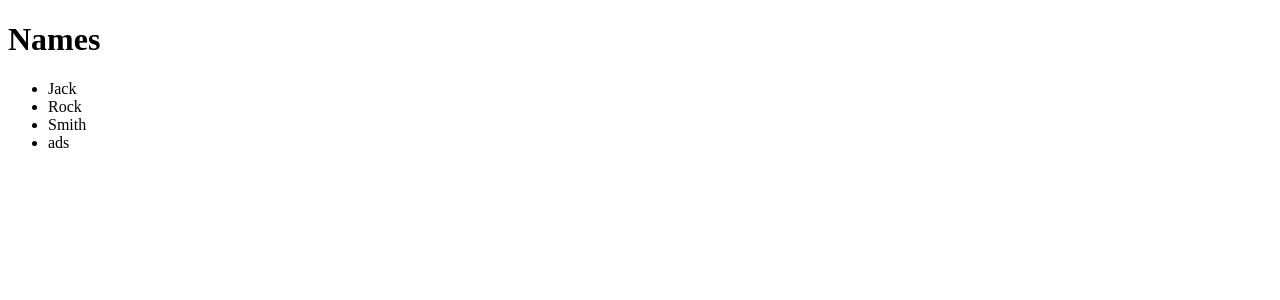
Repository: NithishKoriyar/phpprojectgh
Page: http://localhost/names.php
The author's editor kept a copy of each file at every save. The page is drawn from the files as they stood at one save, then again after a run of saves.
The browser window is 1280 px wide. The pictures show the whole page.
The page is run by PHP 8.4 with error messages shown; the project is at /var/www/html/.

Above is the page before, as saved 2022-12-14 12:33:51.

### names.php
<?php
$name = ['Jack', 'Rock','Smith', 'ads'];

?>
<!DOCTYPE html>
<html lang="en">

<head>
    <meta charset="UTF-8">
    <meta http-equiv="X-UA-Compatible" content="IE=edge">
    <meta name="viewport" content="width=device-width, initial-scale=1.0">
    <title>Document</title>
    <style>
        .some-names{
            background-color: red;
        }
        .more-names{
            background-color: green;
        }
    </style>
</head>

<body>
    <h1>Names</h1>
    <ul class="<?php

    ?>
    ">
        <?php foreach ($name as $name) { ?>
            <li><?= $name ?></li>
        <?php }?>
    </ul>
</body>

</html>

After the next 3 saves:
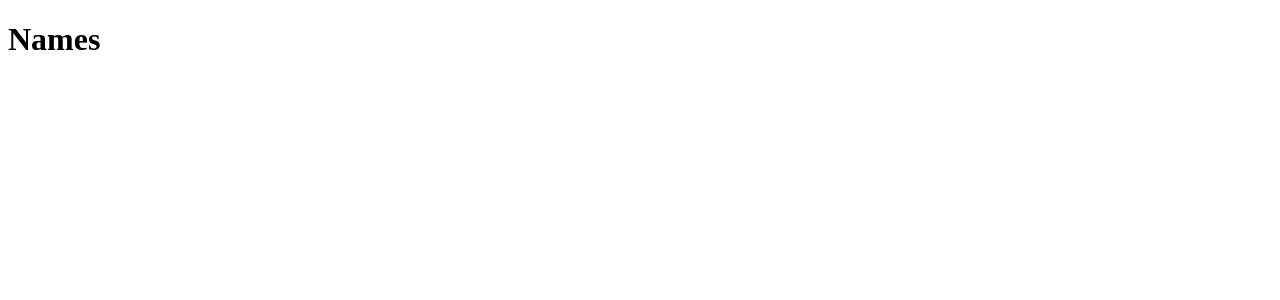
The 3 saves are shown as one change because they came seconds apart.
The last was saved 45 s later.
--- a/names.php
+++ b/names.php
@@ -23,7 +23,7 @@
 <body>
     <h1>Names</h1>
     <ul class="<?php
-
+    count()
     ?>
     ">
         <?php foreach ($name as $name) { ?>

After the 2 saves that followed:
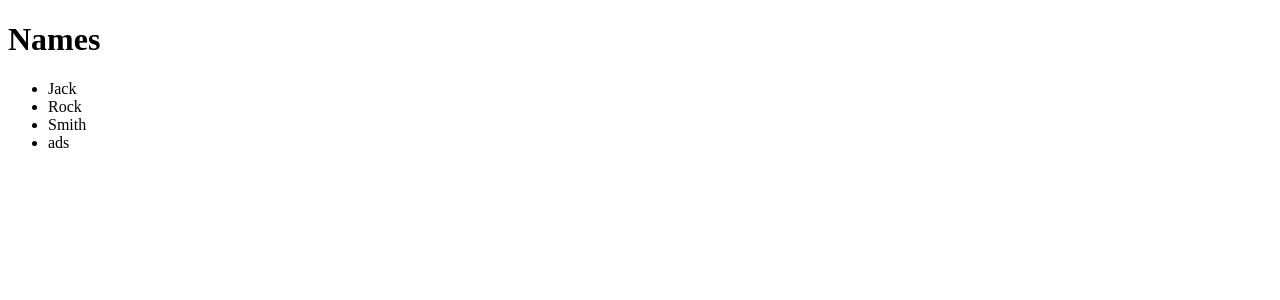
The 2 saves are shown as one change because they came seconds apart.
The last was saved 8 s later.
--- a/names.php
+++ b/names.php
@@ -23,7 +23,7 @@
 <body>
     <h1>Names</h1>
     <ul class="<?php
-    count()
+    count($name)
     ?>
     ">
         <?php foreach ($name as $name) { ?>
